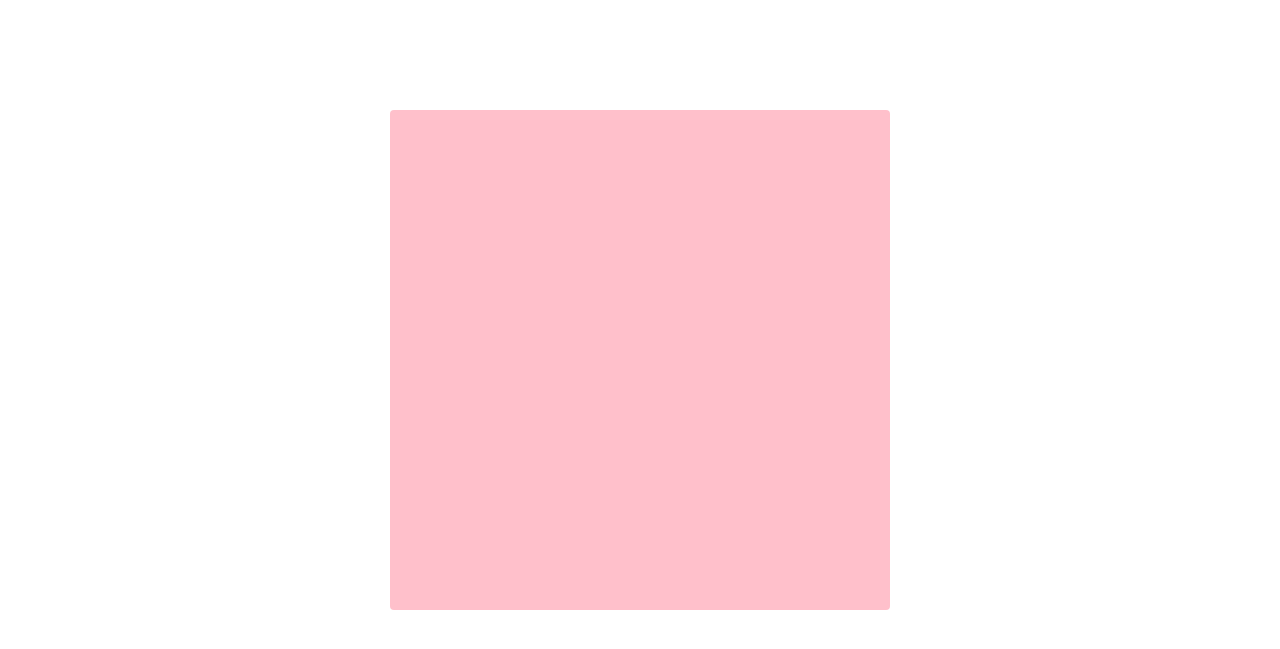
Repository: savannaaaas/props
Page: /
These files come from the project's save history. The page is drawn as it stood at one moment and after the next save; the edit follows.
The browser window is 1280 px wide. The pictures show the whole page.
The project was rebuilt for these pictures with package versions that can differ from the ones it lists, and the page was loaded fresh each time. Also part of the build but not shown: vite.config.js.

Above is the page before, as saved 2025-07-07 23:38:20.

### src/App.jsx
import "./App.css";
import Box from "@mui/material/Box";
import { Person } from "./components/Person";
/**1. Создать 6 любых компонент.
2. В компоненты передать props следующих типов данных:
number
string
boolean
object
function
array
3. Использовать в компонентах каждый prop.
4. Сделать деструктуризацию props. */
function App() {
  return (
    <Box
      sx={{
        width: 500,
        height: 500,
        borderRadius: 1,
        bgcolor: "pink",
      }}
    >
      <Person name={"Anna"} />
    </Box>
  );
}

export default App;

### src/components/Person.jsx
import { Typography } from "@mui/material/Typography";
export const Person = ({ name }) => {
  return <></>;
};

Loaded but not shown: index.html (common file); src/main.jsx (common file); src/index.css (common file); src/App.css (common file)

After the next save:
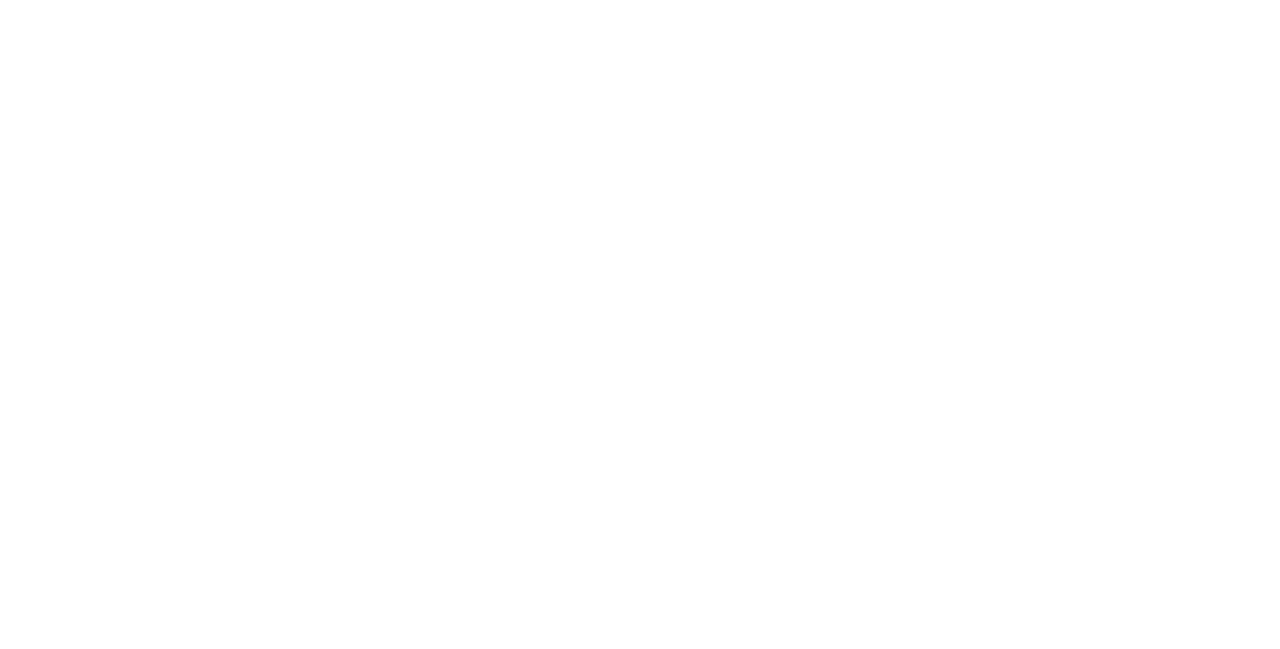
Console error (its wording comes from the project's code and is left out).
Saved 9 s later.
--- a/src/components/Person.jsx
+++ b/src/components/Person.jsx
@@ -1,4 +1,4 @@
 import { Typography } from "@mui/material/Typography";
 export const Person = ({ name }) => {
-  return <></>;
+  return <Typography>{name}</Typography>;
 };

After the 3 saves that followed:
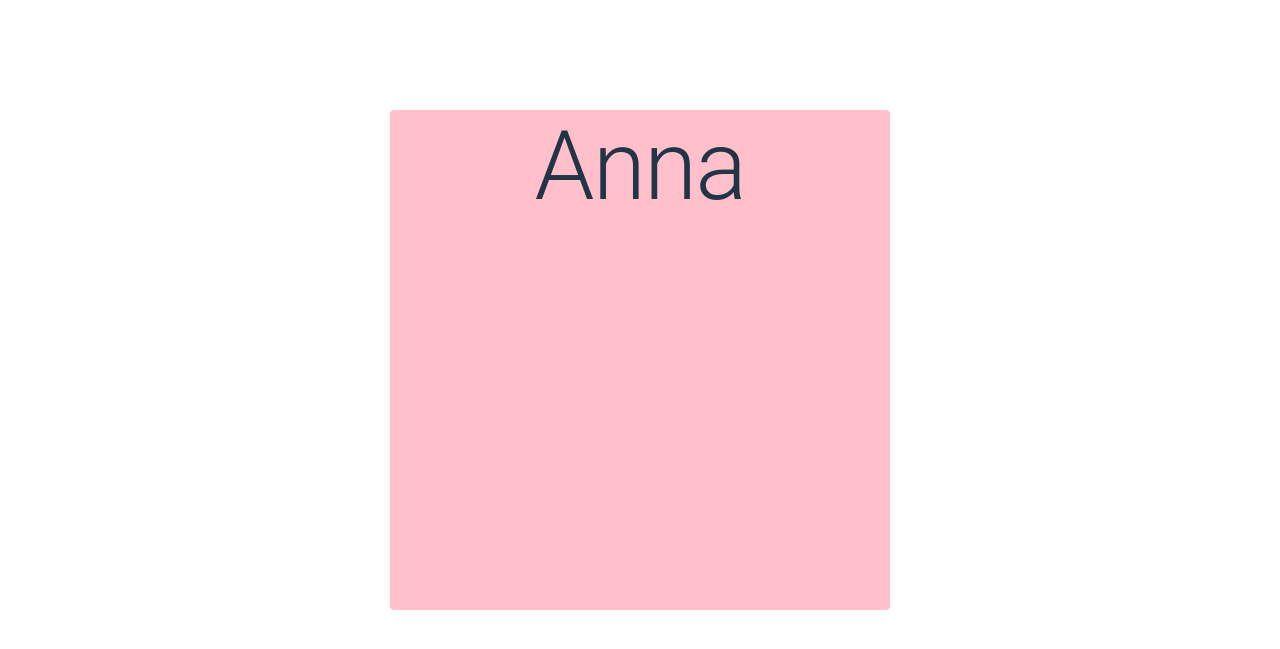
The error is gone.
The 3 saves are shown as one change because 1 did not build or start and 1 left the picture as it was.
The last was saved 63 s later.
--- a/src/components/Person.jsx
+++ b/src/components/Person.jsx
@@ -1,4 +1,4 @@
-import { Typography } from "@mui/material/Typography";
+import Typography from "@mui/material/Typography";
 export const Person = ({ name }) => {
-  return <Typography>{name}</Typography>;
+  return <Typography variant="h1">{name}</Typography>;
 };
